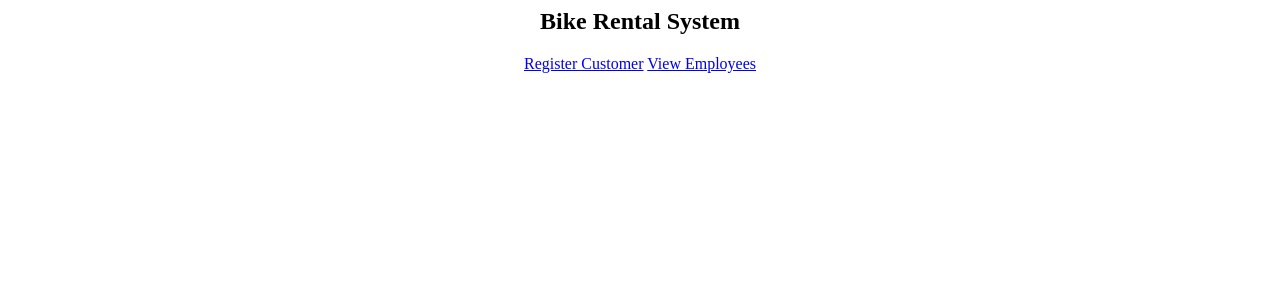
Repository: Nuthan12/Bike-Rental-System
Page: http://localhost/Bike_Rental_System/
An editor plug-in stored every save of this project. The page is shown before and after the next save, followed by the edit.
The browser window is 1280 px wide. The pictures show the whole page.
The page is served by Tomcat 9. Other server files are loaded and not shown.

Above is the page before, as saved 2023-05-05 09:28:56.

### Bike_Rental_System/src/main/webapp/index.jsp
<html>
<head>
	<title>
		Bike Rental System
	</title>
</head>
<body>
<center>
	<h2>Bike Rental System</h2>


<a href="customerRegistrationForm">Register Customer</a>
<a href="viewCustomers">View Employees</a>
</center>
</body>
</html>

After the next save:
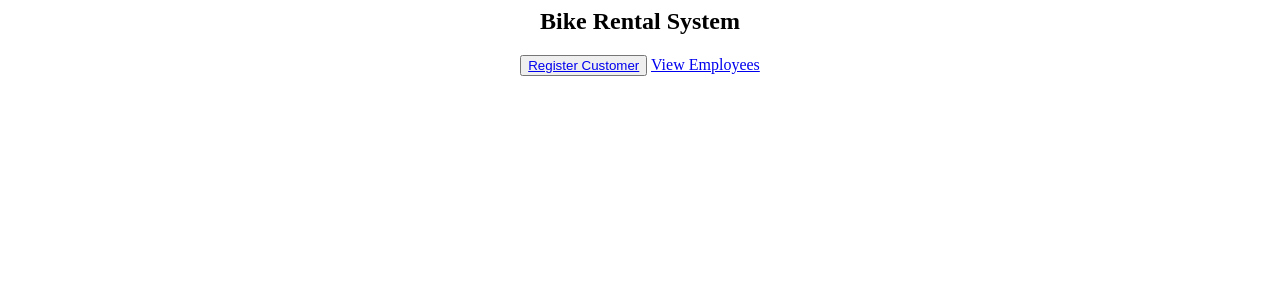
Saved 17 s later.
--- a/Bike_Rental_System/src/main/webapp/index.jsp
+++ b/Bike_Rental_System/src/main/webapp/index.jsp
@@ -9,7 +9,7 @@
 	<h2>Bike Rental System</h2>
 
 
-<a href="customerRegistrationForm">Register Customer</a>
+<button><a href="customerRegistrationForm">Register Customer</a>  </button>
 <a href="viewCustomers">View Employees</a>
 </center>
 </body>
